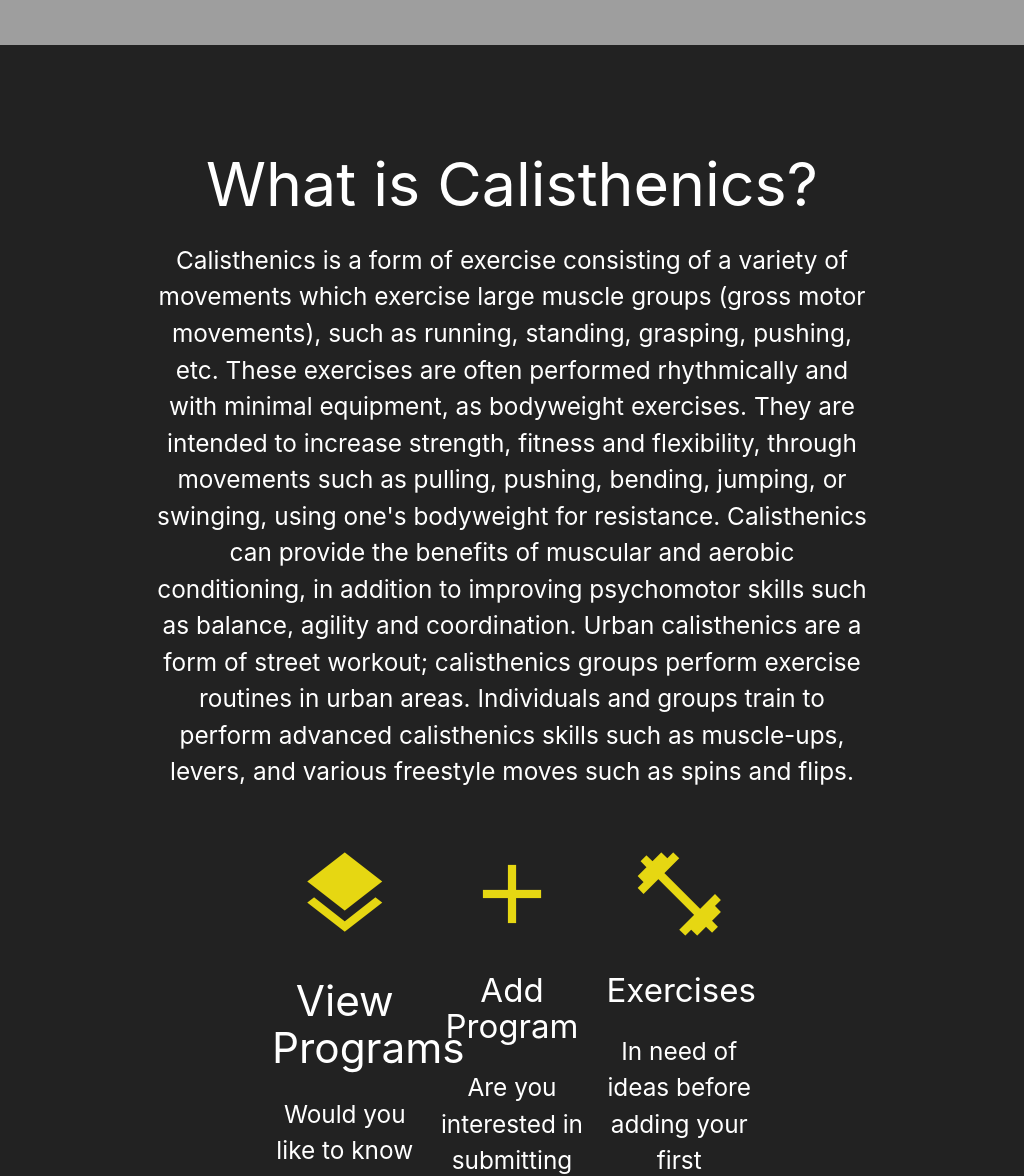
Repository: Ario124/calisthenics-project
Page: http://localhost/
The author's editor kept a record of every edit. The page is drawn from the files as they stood at one moment, then again after the next edit.
The browser window is 1024 px wide. The pictures show the part of the page from y = 530 to 1706 px (the page is 1926 px tall before and 2425 px after).
Pictures or frames that could not be fetched are drawn as grey boxes. The page is served by the project's application, run on Flask 3 (app.py).

Above is the page before.

After the next edit:
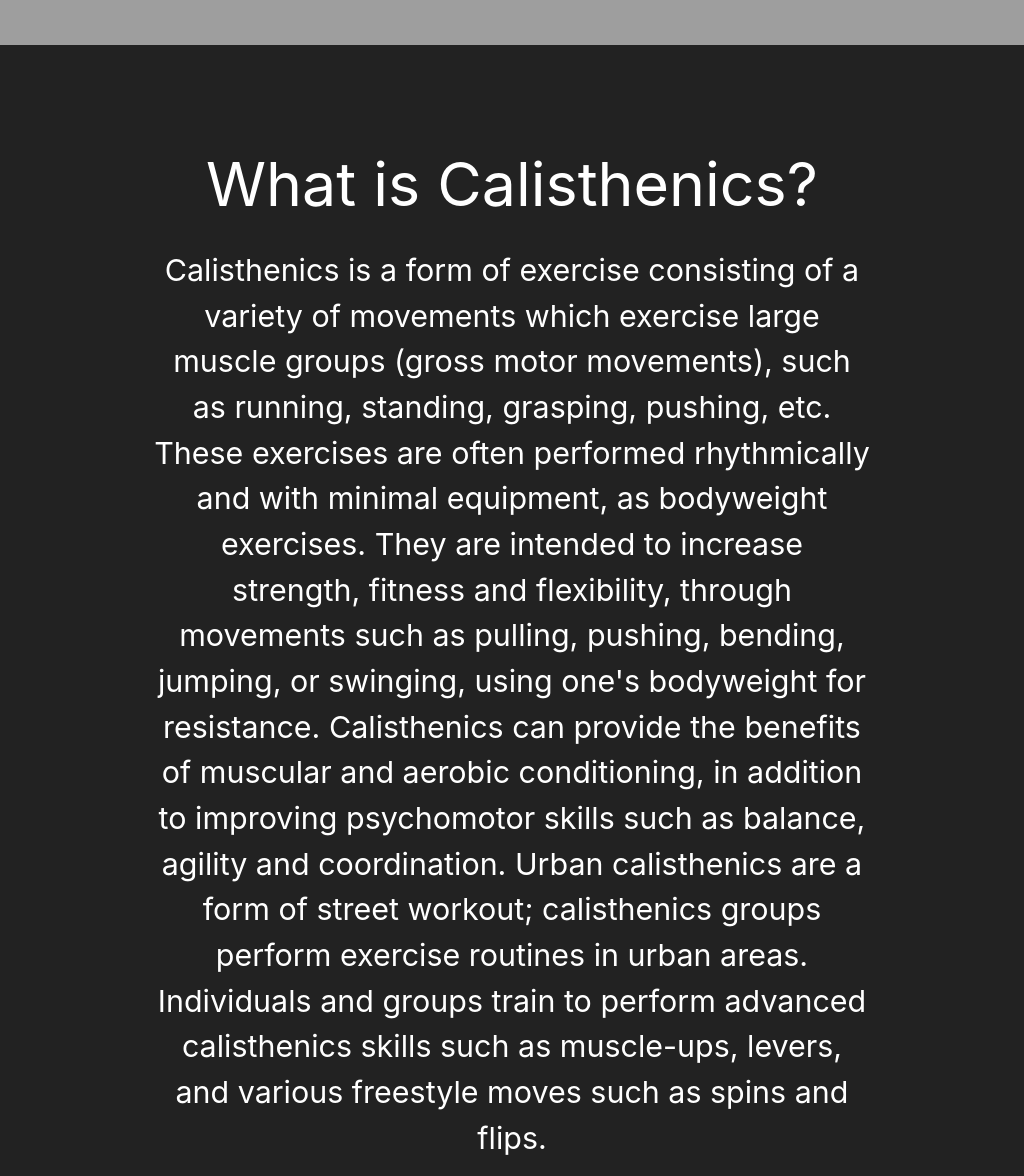
The edit:
--- a/static/css/main.css
+++ b/static/css/main.css
@@ -148,4 +148,9 @@
     nav {
         background-color: #d01e1ef7;
     }
+
+        .flow-text {
+        font-size: 2.1rem;
+    }
+
 }
